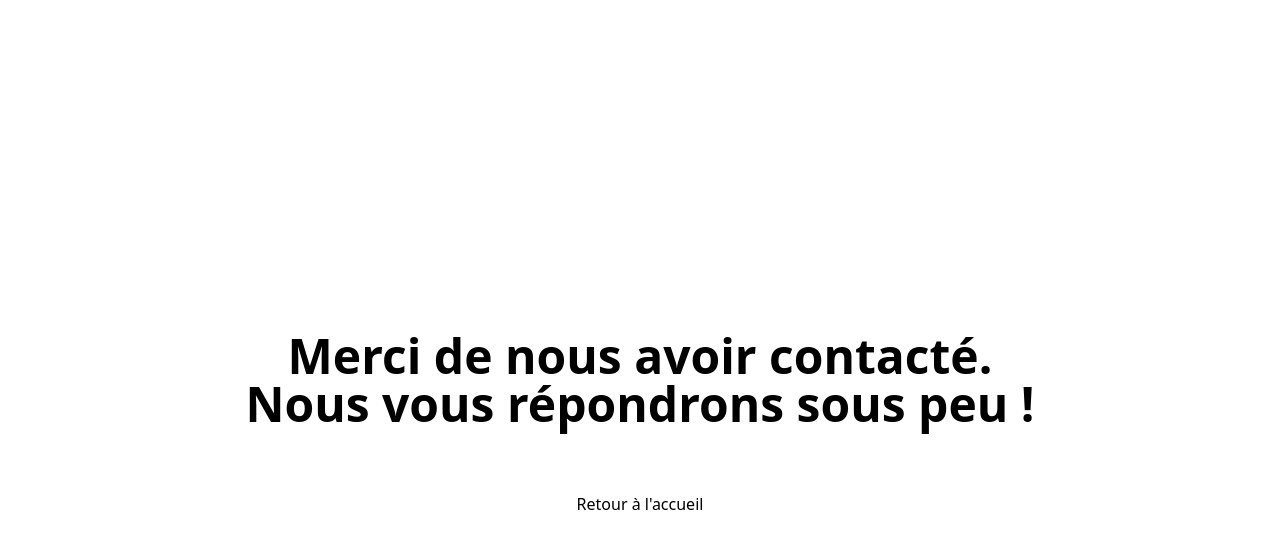
Repository: CarmenFerlatte/TP3__FerlatteCarmen
Page: confirmation.html
An editor plug-in stored every save of this project. The page is shown before and after a run of saves, followed by the edit.
The browser window is 1280 px wide. The pictures show the whole page.
Some web libraries are served in a nearby version. The style sheet was rebuilt from its Sass, Less or Tailwind sources for each picture, by a compiler version that may differ from the author's.

Above is the page before, as saved 2024-08-29 12:35:51.

### confirmation.html
<!DOCTYPE html>
<html lang="en">
<head>
    <meta charset="UTF-8">
    <meta name="viewport" content="width=device-width, initial-scale=1.0">
    <title>Confirmation</title>
    <script src="https://cdn.tailwindcss.com"></script>
    <link href="https://cdn.jsdelivr.net/npm/tailwindcss@2.2.19/dist/tailwind.min.css" rel="stylesheet">
    <link rel="stylesheet" href="https://cdnjs.cloudflare.com/ajax/libs/font-awesome/6.4.0/css/all.min.css">
    <link rel="stylesheet" href="style/css/style.css">
    <link rel="manifest" href="manifest.json">
    <link rel="icon" href="favicon.ico" type="image/x-icon">
    <meta name="description" content="Carmen Ferlatte, web designer et étudiante en développement web front-end. Présentation de mon portefolio et services de Webmestre.">
    <meta name="apple-mobile-web-app-capable" content="yes" >
    <meta name="apple-mobile-web-app-status-bar-style" content="black" >
    <meta name="apple-mobile-web-app-title" content="Portefolio" >
    <meta name="theme-color" content="black">
    <link rel="apple-touch-icon" href="img/icons/icon-192x192.png">
    <script src="https://code.jquery.com/jquery-3.6.0.min.js"></script>
</head>
<body>
    <main>
        <section class="flex max-w-screen-2x h-screen items-center justify-center">
            <div class="container">
                <div class="col-12 text-center">
                    <h1 class="text-center text-3xl lg:text-4xl xl:text-5xl font-bold pt-32 pb-4 md:pb-16 text-">Merci de nous avoir contacté.<br> Nous vous répondrons sous peu !</h1>
                    <a class="cursor-pointer" href="index.html" title="Retour à la page d'accueil">Retour à l'accueil</a>
                </div>
            </div>
    </main>
</body>
</html>

### style/sass/style.scss
@use "navbar" as *;
@use "caroussel" as *;
@use "animate" as *;
@use "option" as *;
@use "calendrier" as *;

### style/sass/_navbar.scss
@keyframes neon-pulse {
    0%, 100% {
        text-shadow: 0 0 5px #fff, 0 0 10px #fff, 0 0 15px #fff, 0 0 20px #0891b2, 0 0 35px #0891b2, 0 0 40px #0891b2, 0 0 50px #0891b2, 0 0 75px #0891b2;
    }
    50% {
        text-shadow: 0 0 2px #fff, 0 0 5px #fff, 0 0 7px #fff, 0 0 10px #0891b2, 0 0 17px #0891b2, 0 0 20px #0891b2, 0 0 25px #0891b2, 0 0 37px #0891b2;
    }
}

.neon-text {
    animation: neon-pulse 1.5s infinite alternate;
}

.bg-animated {
    background: linear-gradient(-45deg, #000000, #1a1a1a, #000033, #003366);
    background-size: 400% 400%;
    animation: gradient 15s ease infinite;
}

@keyframes gradient {
    0% { background-position: 0% 50%; }
    50% { background-position: 100% 50%; }
    100% { background-position: 0% 50%; }
}

.cyber-grid {
    background-image:
        linear-gradient(rgba(0, 255, 255, 0.1) 1px, transparent 1px),
        linear-gradient(90deg, rgba(0, 255, 255, 0.1) 1px, transparent 1px);
    background-size: 20px 20px;
    animation: cyber-grid-move 20s linear infinite;
}

@keyframes cyber-grid-move {
    0% { background-position: 0 0; }
    100% { background-position: 20px 20px; }
}



.nav-link {
    position: relative;
    overflow: hidden;

        &::before {
            content: '';
            position: absolute;
            bottom: 0;
            left: 0;
            width: 100%;
            height: 2px;
            background-color: #0891b2;
            transform: translateX(-100%);
            transition: transform 0.3s ease;
        }

       &:hover::before {
            transform: translateX(0);
        }

        &::after {
            content: attr(data-text);
            position: absolute;
            top: 0;
            left: 0;
            width: 100%;
            height: 100%;
            display: flex;
            align-items: center;
            justify-content: center;
            transform: translateY(100%);
            background: linear-gradient(to bottom, #0891b2, rgb(103, 232, 249));
            -webkit-background-clip: text;
            background-clip: text;
            -webkit-text-fill-color: transparent;
            transition: transform 0.3s ease;
        }

        &:hover::after {
            transform: translateY(0);
        }
}


.glitch-effect {
    position: relative;

    &::before,
    &::after {
        content: attr(data-text);
        position: absolute;
        top: 0;
        left: 0;
        width: 100%;
        height: 100%;
        opacity: 0.8;
    }

    &::before {
        left: 2px;
        text-shadow: -2px 0 rgb(236, 72, 153);
        clip: rect(24px, 550px, 90px, 0);
        animation: glitch-anim 3s infinite linear alternate-reverse;
    }

    &::after {
        left: -2px;
        text-shadow: -2px 0 #0891b2;
        clip: rect(85px, 550px, 140px, 0);
        animation: glitch-anim 2s infinite linear alternate-reverse;
    }

}



@keyframes glitch-anim {
    0% { clip: rect(39px, 9999px, 71px, 0); }
    20% { clip: rect(3px, 9999px, 5px, 0); }
    40% { clip: rect(6px, 9999px, 38px, 0); }
    60% { clip: rect(13px, 9999px, 43px, 0); }
    80% { clip: rect(44px, 9999px, 93px, 0); }
    100% { clip: rect(54px, 9999px, 47px, 0); }
}

#menu-toggle {
    &:checked {
        ~ .menu {
            display: block;
        }

        ~ .menu-icon {
            .hamburger {
                transform: rotate(45deg);

                &::before {
                    transform: translateY(8px) rotate(90deg);
                }

                &::after {
                    transform: translateY(-8px) rotate(90deg);
                }
            }
        }
    }
}

.hamburger,
.hamburger::before,
.hamburger::after {
    content: '';
    display: block;
    background: #0891b2;
    height: 3px;
    width: 30px;
    transition: transform 0.5s cubic-bezier(0.23, 1, 0.32, 1);
}

.hamburger {
    &::before {
        transform: translateY(-8px);
    }

    &::after {
        transform: translateY(8px);
    }
}

@media (max-width: 768px) {
    .menu {
        position: fixed;
        top: 60px;
        left: 0;
        right: 0;
        width: 100%;
        height: 0;
        background: rgba(0, 0, 0, 0.9);
        overflow: hidden;
        transition: height 0.5s cubic-bezier(0.23, 1, 0.32, 1);
        text-align: right;
        padding-right: 20px;
        padding-top: 20px;

        a {
            display: block;
            font-size: 1.2rem;
            padding: 10px 0;
            text-decoration: underline 2px #0891b2;

            &:hover {
                color: #0891b2;
                text-decoration: none;
                cursor: pointer;
            }
        }
    }

    #menu-toggle:checked ~ .menu {
        height: calc(100vh - 60px);
    }
}

@media (max-width: 640px) {
    .no-glitch {
        animation: none !important;
    }
}

/*-------------Invisible Navbar-------------*/

.navbar-hidden {
    transform: translateY(-100%);
    transition: transform 0.3s ease-in-out;
}

### style/sass/_caroussel.scss
.carousel-control {
    position: absolute;
    top: 0;
    z-index: 30;
    display: flex;
    align-items: center;
    justify-content: center;
    height: 100%;
    padding: 0 1rem;
    cursor: pointer;
    outline: none;

    &-prev {
    left: 0;
    }

    &-next {
    right: 0;
    }

    span {
    display: inline-flex;
    align-items: center;
    justify-content: center;
    width: 2.5rem;
    height: 2.5rem;
    border-radius: 50%;
    background-color: rgba(0, 0, 0, 0.3);
    transition: background-color 0.3s;

        &:hover {
        background-color: rgba(0, 0, 0, 0.5);
        }

        svg {
        width: 1rem;
        height: 1rem;
        color: white;
        }

        .sr-only {
        position: absolute;
        width: 1px;
        height: 1px;
        padding: 0;
        margin: -1px;
        overflow: hidden;
        clip: rect(0, 0, 0, 0);
        border: 0;
        }

    }
}

### style/sass/_animate.scss
@keyframes slide-in-right {
  0% {
    transform: translateX(100%);
    opacity: 0;
  }
  100% {
    transform: translateX(0);
    opacity: 1;
  }
}

.animate-slide-in-right {
  animation: slide-in-right 0.5s ease-out forwards;
}

### style/sass/_option.scss
/*---------- Menu sélectionné ----------*/

.custom-select option:hover {
    background-color: #0891b2;
}

### style/sass/_calendrier.scss

.calendar-iframe {
  border: 0;
  width: 100%;
  height: 650px;

}

After the next 2 saves:
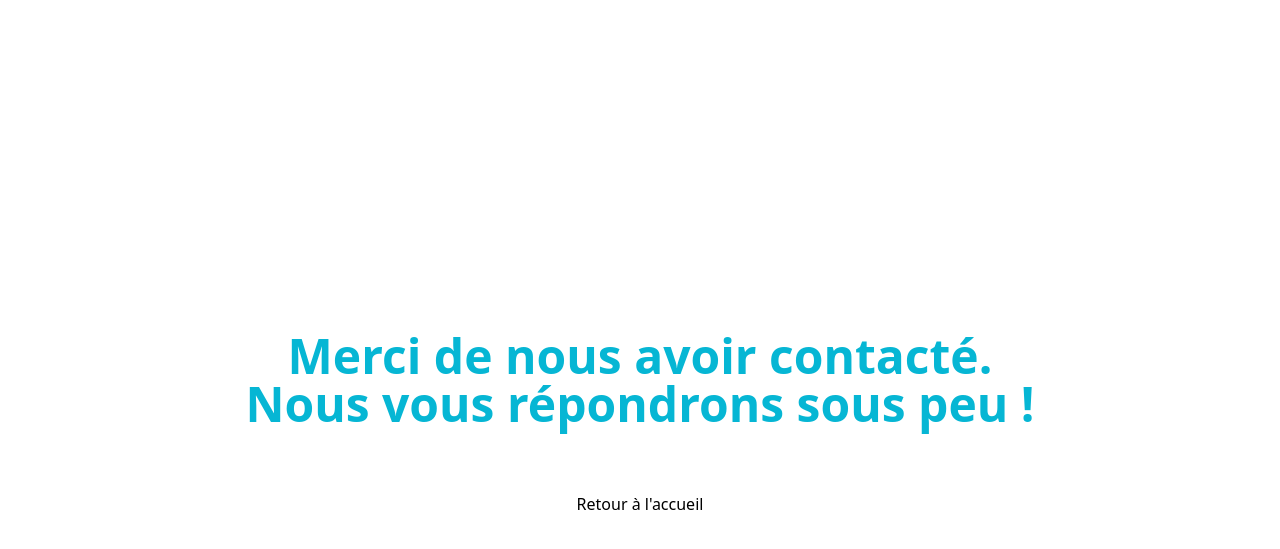
The 2 saves are shown as one change because they came seconds apart.
The last was saved 6 s later.
--- a/confirmation.html
+++ b/confirmation.html
@@ -23,7 +23,7 @@
         <section class="flex max-w-screen-2x h-screen items-center justify-center">
             <div class="container">
                 <div class="col-12 text-center">
-                    <h1 class="text-center text-3xl lg:text-4xl xl:text-5xl font-bold pt-32 pb-4 md:pb-16 text-">Merci de nous avoir contacté.<br> Nous vous répondrons sous peu !</h1>
+                    <h1 class="text-center text-3xl lg:text-4xl xl:text-5xl font-bold pt-32 pb-4 md:pb-16 text-cyan-500">Merci de nous avoir contacté.<br> Nous vous répondrons sous peu !</h1>
                     <a class="cursor-pointer" href="index.html" title="Retour à la page d'accueil">Retour à l'accueil</a>
                 </div>
             </div>
